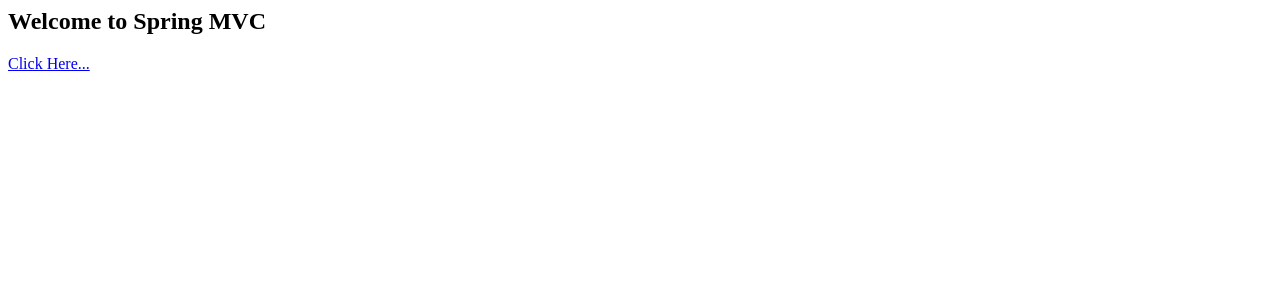
Repository: Hrithik25/Network-Labs
Page: http://localhost/mvcone/
These files come from the project's save history. The page is drawn as it stood at one moment and after the next save; the edit follows.
The browser window is 1280 px wide. The pictures show the whole page.
The page is served by Tomcat 9.

Above is the page before, as saved 2022-08-19 06:23:19.

After the next save:
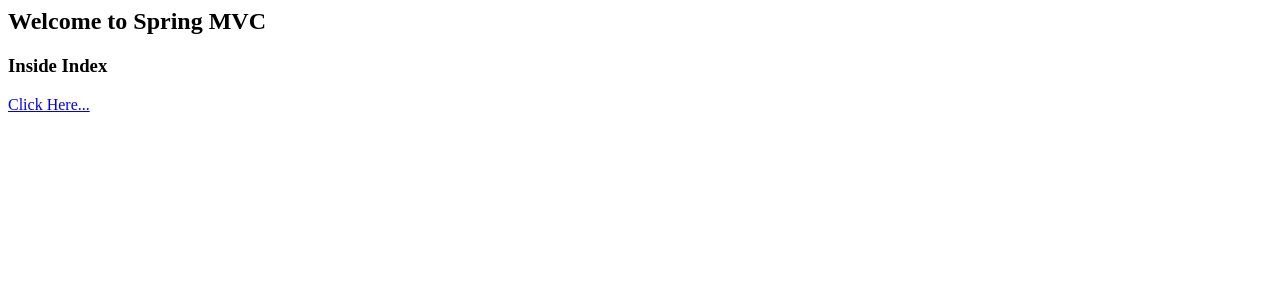
Saved 2 min 30 s later.
--- a/Lab Web/mvcone/src/main/webapp/index.jsp
+++ b/Lab Web/mvcone/src/main/webapp/index.jsp
@@ -1,6 +1,7 @@
 <html>
 <body>
 <h2>Welcome to Spring MVC</h2>
+<h3>Inside Index</h3>
 <a href="hello">Click Here...</a>
 </body>
 </html>
